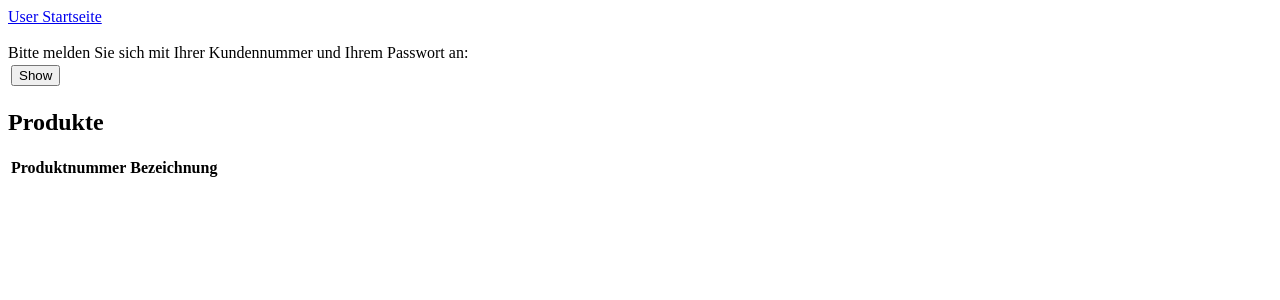
Repository: exic/VIS-Labor
Page: http://localhost/vislabor/search_product.action
The author's editor kept a copy of each file at every save. The page is drawn from the files as they stood at one save, then again after the next save.
The browser window is 1280 px wide. The pictures show the whole page.
The page is served by Tomcat 9. Other server files are loaded and not shown. Queries for data that is not in the repository find no rows.

Above is the page before, as saved 2011-05-15 14:22:11.

### workspace/vislabor/WebContent/pages/SearchProduct.jsp
<%@ page language="java" contentType="text/html; charset=ISO-8859-1" pageEncoding="ISO-8859-1"%>
<!DOCTYPE html PUBLIC "-//W3C//DTD HTML 4.01 Transitional//EN" "http://www.w3.org/TR/html4/loose.dtd">
<%@ taglib prefix="s" uri="/struts-tags"  %>

<html >
	<head>
		<title >Product suchen</title>
	</head>

	<body bgcolor="white">

		<a href="<s:url action="forward_to_user_start"/>">User Startseite</a>
		<br /><br />

		<s:text name="Bitte melden Sie sich mit Ihrer Kundennummer und Ihrem Passwort an:" />

		<s:form action="search_product">

			<s:submit value="Show"/>
		</s:form>

		<h2>Produkte</h2>
		<table>
		<tr>
		    <th>Produktnummer</th>
		    <th>Bezeichnung</th>
		    <th></th>
		</tr>
		<s:iterator value="productList" var="product">
		    <tr>
		        <td><s:property value="id"/></td>
		        <td><s:property value="label"/></td>
		        <td><a href="view?id=<s:property value="id"/>">Detailansicht</a></td>
		    </tr>
		</s:iterator>
		</table>

		 <font color="red">
		 	<s:actionerror label="label" />
		 </font>
	</body>
</html>

### workspace/vislabor/src/vislabExample/model/db/Product.java
package vislabExample.model.db;

// Generated 15.05.2011 14:44:54 by Hibernate Tools 3.4.0.CR1

/**
 * Product generated by hbm2java
 */
public class Product implements java.io.Serializable {

	private Long id;
	private String label;
	private String description;
	private double price;
	private Category category;

	public Product() {
	}

	public Product(Long id) {
		this.id = id;
	}

	public Product(Long id, String label, String description, double price,
			Category category) {
		this.id = id;
		this.label = label;
		this.description = description;
		this.price = price;
		this.category = category;
	}

	public Long getId() {
		return this.id;
	}

	public void setId(Long id) {
		this.id = id;
	}

	public String getLabel() {
		return this.label;
	}

	public void setLabel(String label) {
		this.label = label;
	}

	public String getDescription() {
		return this.description;
	}

	public void setDescription(String description) {
		this.description = description;
	}

	public double getPrice() {
		return this.price;
	}

	public void setPrice(double price) {
		this.price = price;
	}

	public Category getCategory() {
		return this.category;
	}

	public void setCategory(Category category) {
		this.category = category;
	}

}

### workspace/vislabor/src/vislabExample/model/bl/ProductManager.java
package vislabExample.model.bl;

import java.util.List;

import org.hibernate.Session;
import vislabExample.model.db.Product;
import vislabExample.model.sf.HibernateUtil;

public class ProductManager {

	public Product getProductByPrimaryKey(long primaryKey) {
	    Session session = HibernateUtil.getSessionFactory().getCurrentSession();
	    session.beginTransaction();
	    Product product = (Product) session.get(Product.class, primaryKey);
	    session.getTransaction().commit();
	    return product;
	}

	public void saveProduct(Product product) {
        Session session = HibernateUtil.getSessionFactory().getCurrentSession();
  	    session.beginTransaction();
		session.save(product);
        session.getTransaction().commit();
    }

	public void deleteProduct(Product product) {
        Session session = HibernateUtil.getSessionFactory().getCurrentSession();
  	    session.beginTransaction();
		session.delete(product);
        session.getTransaction().commit();
    }

    @SuppressWarnings("unchecked")
	public List<Product> list() {

        Session session = HibernateUtil.getSessionFactory().getCurrentSession();
        session.beginTransaction();
        List<Product> products = null;

        products = (List<Product>)session.createQuery("from Product").list();

        session.getTransaction().commit();
        return products;
    }

}

### workspace/vislabor/src/vislabExample/model/sf/HibernateUtil.java
package vislabExample.model.sf;

import org.hibernate.cfg.*;
//import org.hibernate.HibernateException;
//import org.hibernate.Session;
import org.hibernate.SessionFactory;


/**
 * To change the template for this generated type comment go to
 * Window&gt;Preferences&gt;Java&gt;Code Generation&gt;Code and Comments
 */


public class HibernateUtil {



		private static final SessionFactory sessionFactory;

		static {
			try {
	            // Create the SessionFactory from hibernate.cfg.xml
				sessionFactory = new Configuration().configure().buildSessionFactory();
				System.out.println("Initial SessionFactory creation");
			} catch (Throwable ex) {
				System.out.println("Initial SessionFactory creation failed." + ex);
				throw new ExceptionInInitializerError(ex);
			}
		}

		public static SessionFactory getSessionFactory() {
	        return sessionFactory;
	    }

}

### workspace/vislabor/src/vislabExample/model/db/Category.java
package vislabExample.model.db;

// Generated 15.05.2011 14:44:54 by Hibernate Tools 3.4.0.CR1

import java.util.HashSet;
import java.util.Set;

/**
 * Category generated by hbm2java
 */
public class Category implements java.io.Serializable {

	private String label;
	private Set products = new HashSet(0);

	public Category() {
	}

	public Category(String label) {
		this.label = label;
	}

	public Category(String label, Set products) {
		this.label = label;
		this.products = products;
	}

	public String getLabel() {
		return this.label;
	}

	public void setLabel(String label) {
		this.label = label;
	}

	public Set getProducts() {
		return this.products;
	}

	public void setProducts(Set products) {
		this.products = products;
	}

}

### workspace/vislabor/src/vislabExample/model/db/Customer.java
package vislabExample.model.db;

// Generated 15.05.2011 14:44:54 by Hibernate Tools 3.4.0.CR1

/**
 * Customer generated by hbm2java
 */
public class Customer implements java.io.Serializable {

	private long id;
	private String password;
	private String lastname;
	private String firstname;
	private String city;
	private long postcode;
	private String phone;
	private String email;

	public Customer() {
	}

	public Customer(long id) {
		this.id = id;
	}

	public Customer(long id, String password, String lastname,
			String firstname, String city, long postcode, String phone,
			String email) {
		this.id = id;
		this.password = password;
		this.lastname = lastname;
		this.firstname = firstname;
		this.city = city;
		this.postcode = postcode;
		this.phone = phone;
		this.email = email;
	}

	public long getId() {
		return this.id;
	}

	public void setId(long id) {
		this.id = id;
	}

	public String getPassword() {
		return this.password;
	}

	public void setPassword(String password) {
		this.password = password;
	}

	public String getLastname() {
		return this.lastname;
	}

	public void setLastname(String lastname) {
		this.lastname = lastname;
	}

	public String getFirstname() {
		return this.firstname;
	}

	public void setFirstname(String firstname) {
		this.firstname = firstname;
	}

	public String getCity() {
		return this.city;
	}

	public void setCity(String city) {
		this.city = city;
	}

	public long getPostcode() {
		return this.postcode;
	}

	public void setPostcode(long postcode) {
		this.postcode = postcode;
	}

	public String getPhone() {
		return this.phone;
	}

	public void setPhone(String phone) {
		this.phone = phone;
	}

	public String getEmail() {
		return this.email;
	}

	public void setEmail(String email) {
		this.email = email;
	}

}

### workspace/vislabor/src/vislabExample/model/db/Admin.java
package vislabExample.model.db;

// Generated 15.05.2011 14:44:54 by Hibernate Tools 3.4.0.CR1

/**
 * Admin generated by hbm2java
 */
public class Admin implements java.io.Serializable {

	private String username;
	private String password;

	public Admin() {
	}

	public Admin(String username) {
		this.username = username;
	}

	public Admin(String username, String password) {
		this.username = username;
		this.password = password;
	}

	public String getUsername() {
		return this.username;
	}

	public void setUsername(String username) {
		this.username = username;
	}

	public String getPassword() {
		return this.password;
	}

	public void setPassword(String password) {
		this.password = password;
	}

}

After the next save:
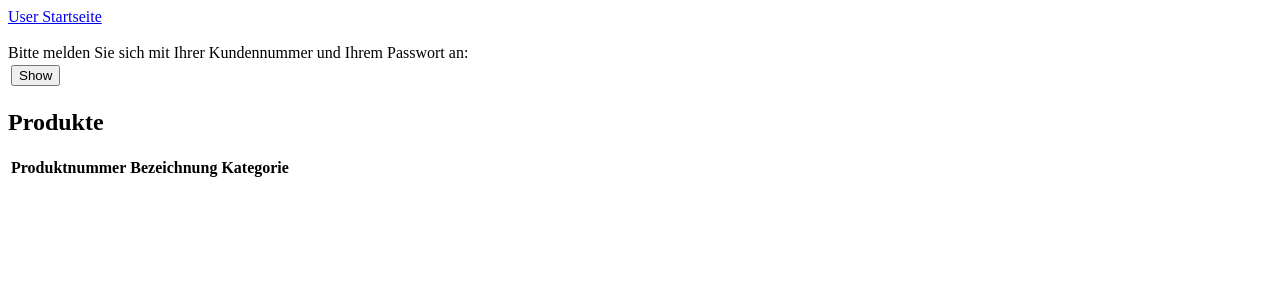
Saved 3 min 40 s later.
--- a/workspace/vislabor/WebContent/pages/SearchProduct.jsp
+++ b/workspace/vislabor/WebContent/pages/SearchProduct.jsp
@@ -24,12 +24,14 @@
 		<tr>
 		    <th>Produktnummer</th>
 		    <th>Bezeichnung</th>
+		    <th>Kategorie</th>
 		    <th></th>
 		</tr>
 		<s:iterator value="productList" var="product">
 		    <tr>
 		        <td><s:property value="id"/></td>
 		        <td><s:property value="label"/></td>
+		        <td><s:property value="category"/></td>
 		        <td><a href="view?id=<s:property value="id"/>">Detailansicht</a></td>
 		    </tr>
 		</s:iterator>
